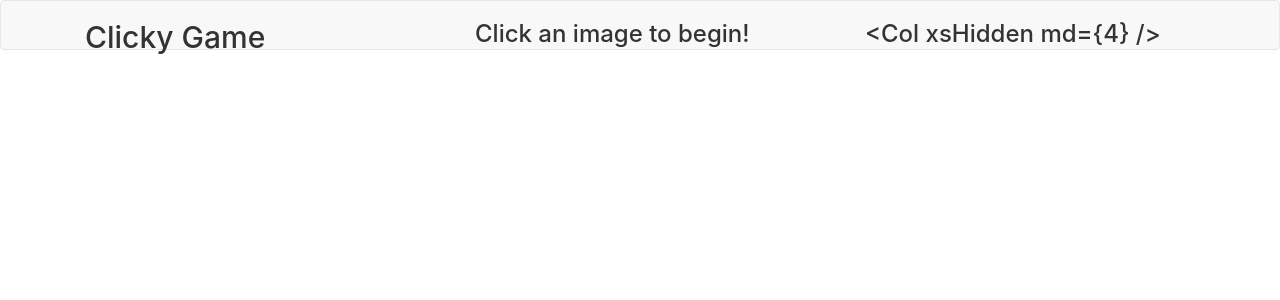
Repository: vivianuol/Clicky-game
Page: /
An editor plug-in stored every save of this project. The page is shown before and after the next save, followed by the edit.
The browser window is 1280 px wide. The pictures show the whole page.
The project was rebuilt for these pictures with package versions that can differ from the ones it lists, and the page was loaded fresh each time.

Above is the page before, as saved 2019-01-12 11:53:55.

After the next save:
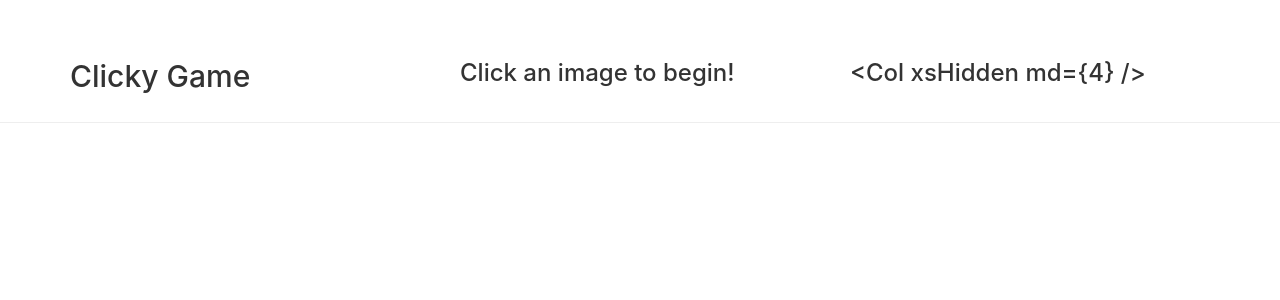
Saved 97 s later.
--- a/src/components/Header.js
+++ b/src/components/Header.js
@@ -1,6 +1,6 @@
 import React from "react";
 import { Grid, Row, Col } from 'react-bootstrap';
-import { Navbar, Nav } from 'react-bootstrap';
+import { PageHeader } from 'react-bootstrap';
 
 
 export default class Header extends
@@ -9,7 +9,7 @@
     React.Component {
     render() {
         return (
-            <Navbar>
+            <PageHeader>
                 <Grid>
                     <Row className="show-grid">
                         <Col xs={6} md={4}>
@@ -23,7 +23,7 @@
                         </Col>
                     </Row>
                 </Grid>
-            </Navbar>
+            </PageHeader>
         );
     }
 }
